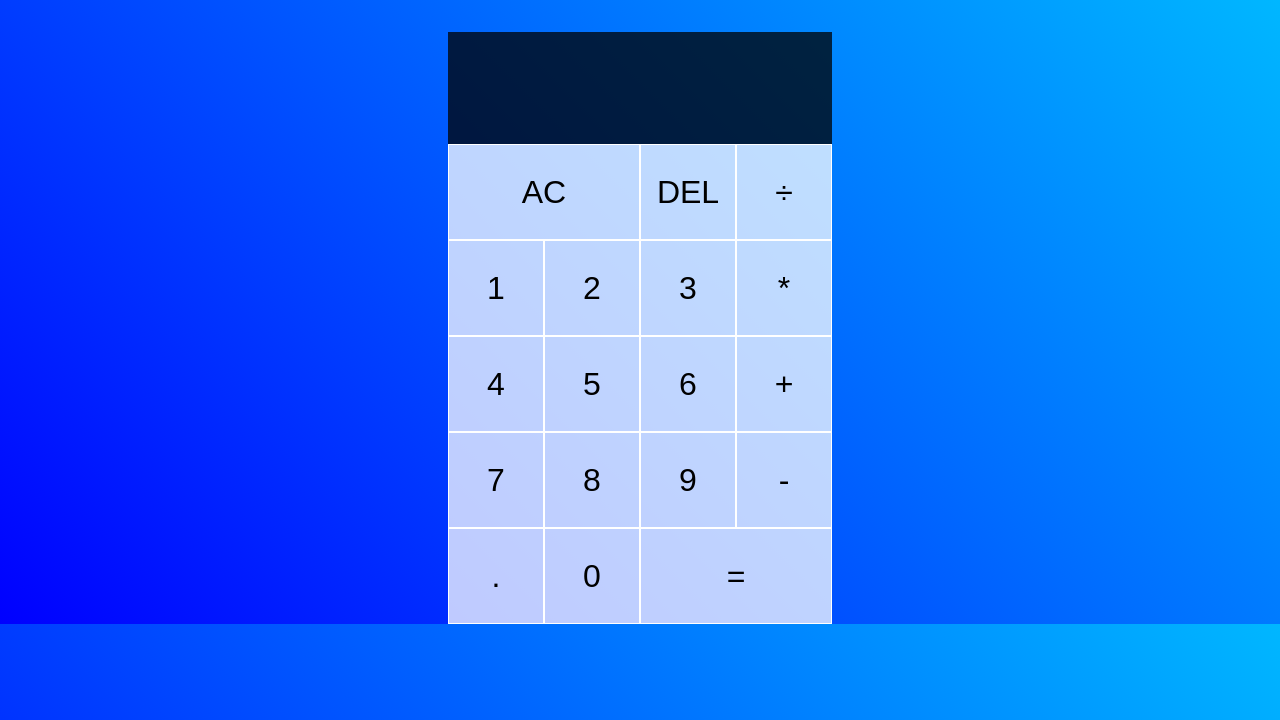
Repository: Ellisvelandia/Calculator
Page: /
These files come from the project's save history. The page is drawn as it stood at one moment and after a run of saves; the edit follows.
The browser window is 1280 px wide. The pictures show the whole page.
The project was rebuilt for these pictures with package versions that can differ from the ones it lists, and the page was loaded fresh each time. Also part of the build but not shown: craco.config.js, src/index.css.

Above is the page before, as saved 2022-08-16 15:26:18.

### src/App.js
import { useReducer } from "react"
import DigitButton from "./DigitButton"
import OperationButton from "./OperationButton"

import "./App.css"

export const ACTIONS = {
  ADD_DIGIT: "add-digit",
  CHOOSE_OPERATION: "choose-operation",
  CLEAR: "clear",
  DELETE_DIGIT: "delete-digit",
  EVALUATE: "evaluate",
}

function reducer(state, { type, payload }) {
  switch (type) {
    case ACTIONS.ADD_DIGIT:
      if (state.overwrite) {
        return {
          ...state,
          currentOperand: payload.digit,
          overwrite: false,
        }
      }
      if (payload.digit === "0" && state.currentOperand === "0") {
        return state
      }
      if (payload.digit === "." && state.currentOperand.includes(".")) {
        return state
      }

      return {
        ...state,
        currentOperand: `${state.currentOperand || ""}${payload.digit}`,
      }
    case ACTIONS.CHOOSE_OPERATION:
      if (state.currentOperand == null && state.previousOperand == null) {
        return state
      }

      if (state.currentOperand == null) {
        return {
          ...state,
          operation: payload.operation,
        }
      }

      if (state.previousOperand == null) {
        return {
          ...state,
          operation: payload.operation,
          previousOperand: state.currentOperand,
          currentOperand: null,
        }
      }

      return {
        ...state,
        previousOperand: evaluate(state),
        operation: payload.operation,
        currentOperand: null,
      }
    case ACTIONS.CLEAR:
      return {}
    case ACTIONS.DELETE_DIGIT:
      if (state.overwrite) {
        return {
          ...state,
          overwrite: false,
          currentOperand: null,
        }
      }
      if (state.currentOperand == null) return state
      if (state.currentOperand.length === 1) {
        return { ...state, currentOperand: null }
      }

      return {
        ...state,
        currentOperand: state.currentOperand.slice(0, -1),
      }
    case ACTIONS.EVALUATE:
      if (
        state.operation == null ||
        state.currentOperand == null ||
        state.previousOperand == null
      ) {
        return state
      }

      return {
        ...state,
        overwrite: true,
        previousOperand: null,
        operation: null,
        currentOperand: evaluate(state),
      }
  }
}

function evaluate({ currentOperand, previousOperand, operation }) {
  const prev = parseFloat(previousOperand)
  const current = parseFloat(currentOperand)
  if (isNaN(prev) || isNaN(current)) return ""
  let computation = ""
  switch (operation) {
    case "+":
      computation = prev + current
      break
    case "-":
      computation = prev - current
      break
    case "*":
      computation = prev * current
      break
    case "÷":
      computation = prev / current
      break
  }

  return computation.toString()
}

const INTEGER_FORMATTER = new Intl.NumberFormat("en-us", {
  maximumFractionDigits: 0,
})
function formatOperand(operand) {
  if (operand == null) return
  const [integer, decimal] = operand.split(".")
  if (decimal == null) return INTEGER_FORMATTER.format(integer)
  return `${INTEGER_FORMATTER.format(integer)}.${decimal}`
}

function App() {
  const [{ currentOperand, previousOperand, operation }, dispatch] = useReducer(
    reducer,
    {}
  )

  return (
    <div className="calculator-grid">
      <div className="output">
        <div className="previous-operand">
          {formatOperand(previousOperand)} {operation}
        </div>
        <div className="current-operand">{formatOperand(currentOperand)}</div>
      </div>
      <button
        className="span-two"
        onClick={() => dispatch({ type: ACTIONS.CLEAR })}
      >
        AC
      </button>
      <button onClick={() => dispatch({ type: ACTIONS.DELETE_DIGIT })}>
        DEL
      </button>
      <OperationButton operation="÷" dispatch={dispatch} />
      <DigitButton digit="1" dispatch={dispatch} />
      <DigitButton digit="2" dispatch={dispatch} />
      <DigitButton digit="3" dispatch={dispatch} />
      <OperationButton operation="*" dispatch={dispatch} />
      <DigitButton digit="4" dispatch={dispatch} />
      <DigitButton digit="5" dispatch={dispatch} />
      <DigitButton digit="6" dispatch={dispatch} />
      <OperationButton operation="+" dispatch={dispatch} />
      <DigitButton digit="7" dispatch={dispatch} />
      <DigitButton digit="8" dispatch={dispatch} />
      <DigitButton digit="9" dispatch={dispatch} />
      <OperationButton operation="-" dispatch={dispatch} />
      <DigitButton digit="." dispatch={dispatch} />
      <DigitButton digit="0" dispatch={dispatch} />
      <button
        className="span-two"
        onClick={() => dispatch({ type: ACTIONS.EVALUATE })}
      >
        =
      </button>
    </div>
  )
}

export default App

### src/App.css
*,
* ::before,
*::after {
  box-sizing: border-box;
}

body {
  margin: 0;
  background: linear-gradient(45deg, blue, rgb(0, 183, 255));
}

.calculator-grid {
  display: grid;
  margin-top: 2rem;
  justify-content: center;
  grid-template-columns: repeat(4, 6rem);
  grid-template-rows: minmax(7rem, auto) repeat(5, 6rem);
}

.calculator-grid > button {
  cursor: pointer;
  font-size: 2rem;
  border: 1px solid white;
  outline: none;
  background: rgba(255, 255, 255, 0.75);
}

.calculator-grid > button:hover,
.calculator-grid > button:focus {
  background-color: rgba(255, 255, 255, 0.9);
}

.span-two {
  grid-column: span 2;
}

.output {
  grid-column: 1 / -1;
  background-color: rgba(0, 0, 0, 0.75);
  display: flex;
  flex-direction: column;
  align-items: flex-end;
  justify-content: space-around;
  padding: 0.75rem;
  word-break: break-all;
  word-wrap: break-word;
}

.output .previous-operand {
  color: rgba(255, 255, 255, 0.75);
  font-size: 1.5rem;
}

.output .current-operand {
  color: white;
  font-size: 2.5rem;
}

Loaded but not shown: public/index.html (common file); src/index.js (common file); src/reportWebVitals.js (common file); src/DigitButton.js (common file); src/OperationButton.js (common file)

After the next 2 saves:
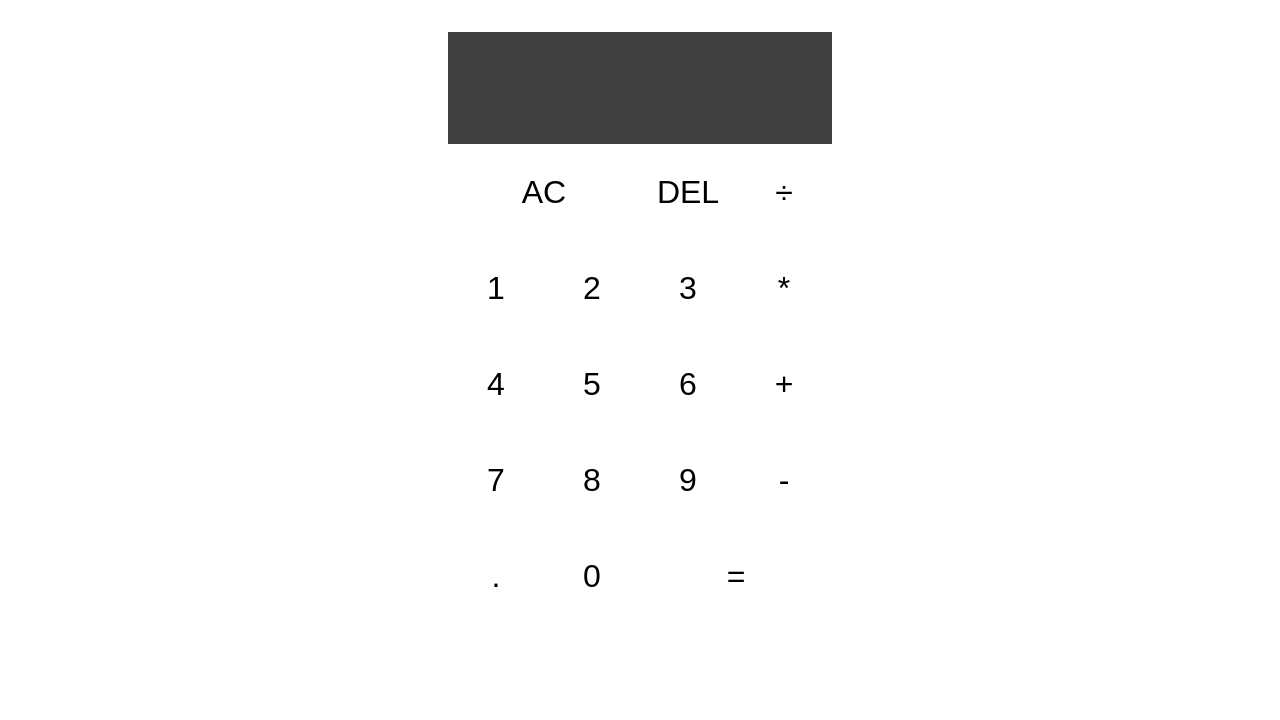
The 2 saves are shown as one change because they came seconds apart.
The last was saved 74 s later.
--- a/src/App.css
+++ b/src/App.css
@@ -6,7 +6,7 @@
 
 body {
   margin: 0;
-  background: linear-gradient(45deg, blue, rgb(0, 183, 255));
+  background: linear-gradient(to left top, blue, re);
 }
 
 .calculator-grid {
